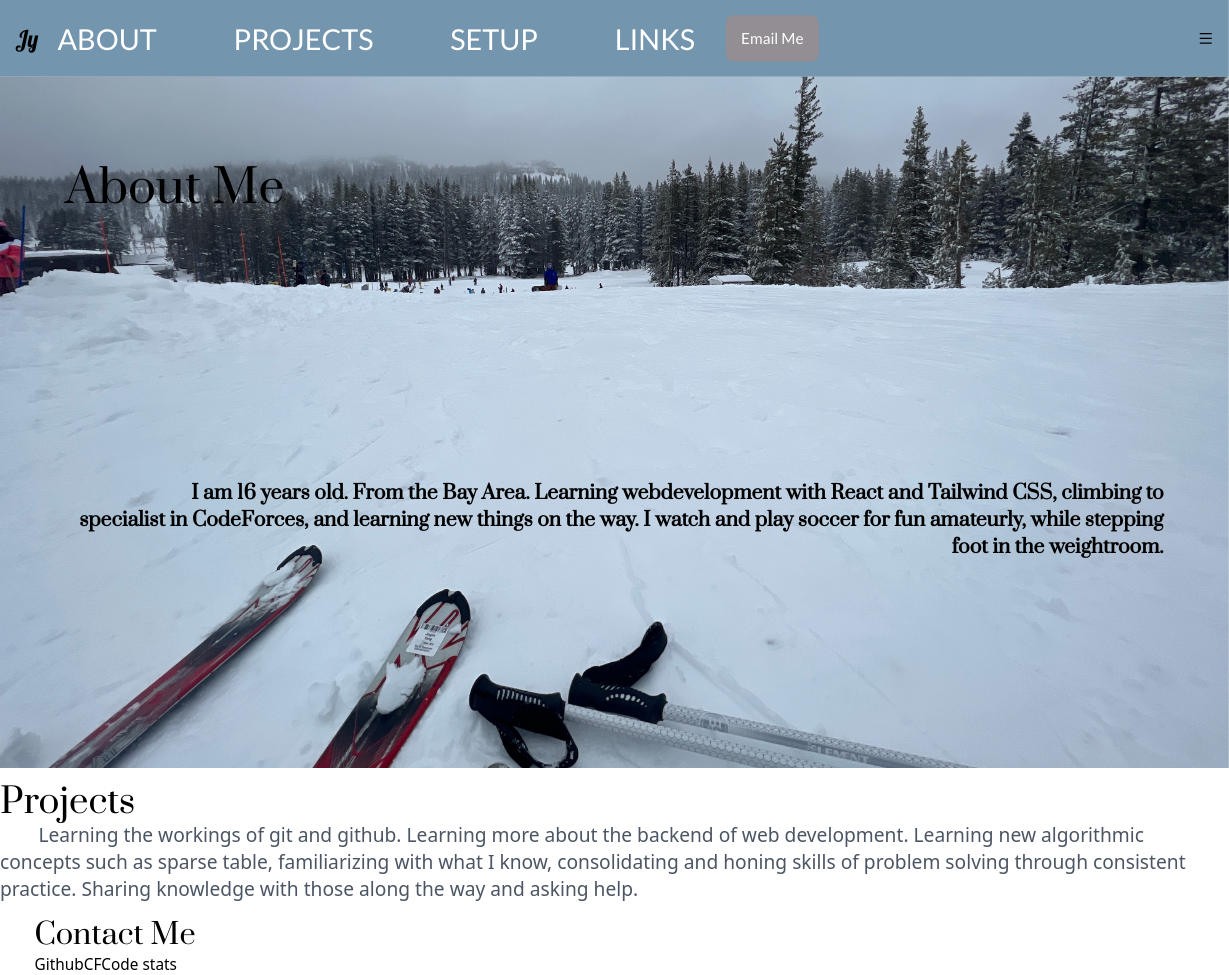
Repository: joshuayanggithub/joshua-yang-website
Page: /
An editor plug-in stored every save of this project. The page is shown before and after the next save, followed by the edit.
The browser window is 1280 px wide. The pictures show the whole page, at 96% of full size.
The project was rebuilt for these pictures with package versions that can differ from the ones it lists, and the page was loaded fresh each time.

Above is the page before, as saved 2023-01-09 12:13:22.

After the next save:
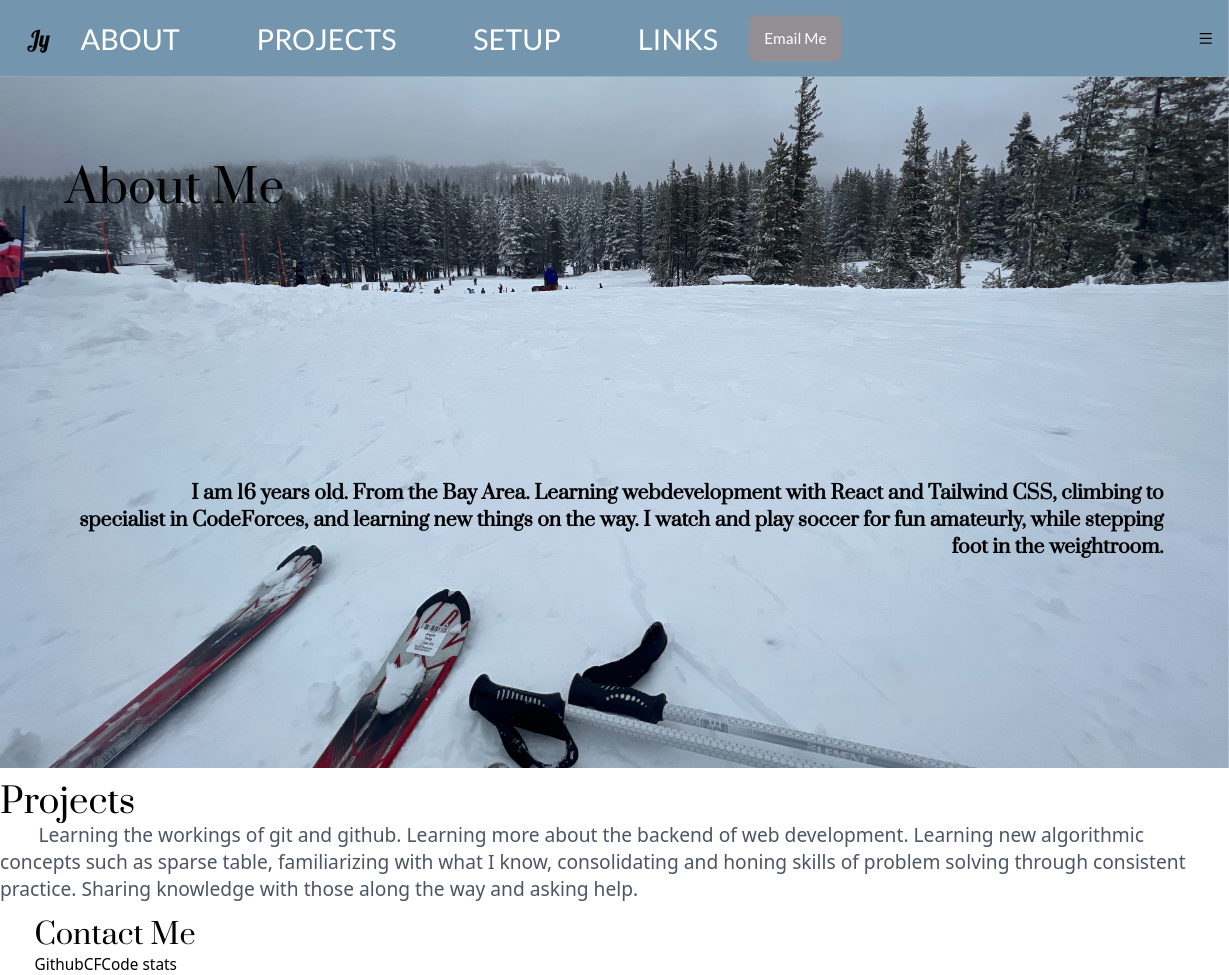
Saved 7 s later.
--- a/src/components/NavBar.jsx
+++ b/src/components/NavBar.jsx
@@ -28,7 +28,7 @@ const NavBar = () => {
     <div class="md:flex flex-row bg-sasskyblue w-full justify-between items-center h-20 mr-auto px-4">
 
       <div class="hidden md:flex items-center w-full">
-        <h1 class="font-cursive text-2xl ">Jy</h1>
+        <h1 class="font-cursive text-2xl p-3">Jy</h1>
         {/*rounded-full transition-shadow ease-in-out duration-300 shadow-none hover:shadow-2xl*/}
         <ul class="hidden md:flex gap-10">
           {
